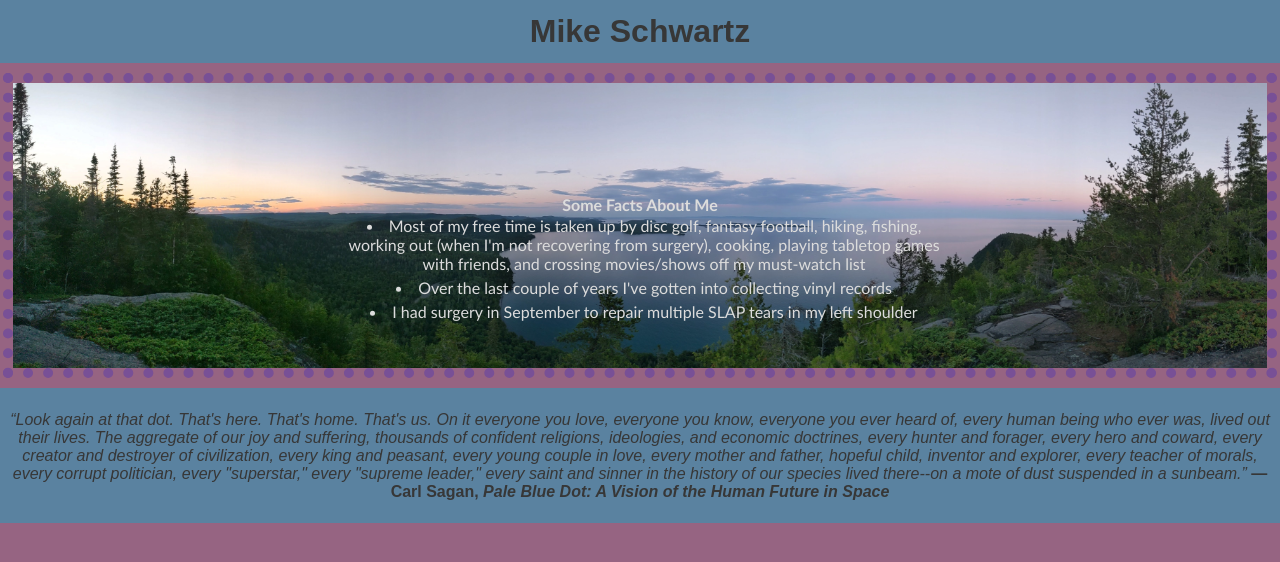
Repository: Ellusionism/prime-pw-week-1-assignment
Page: assignment/index.html
The author's editor kept a copy of each file at every save. The page is drawn from the files as they stood at one save, then again after the next save.
The browser window is 1280 px wide. The pictures show the whole page.

Above is the page before, as saved 2022-10-26 18:13:14.

After the next save:
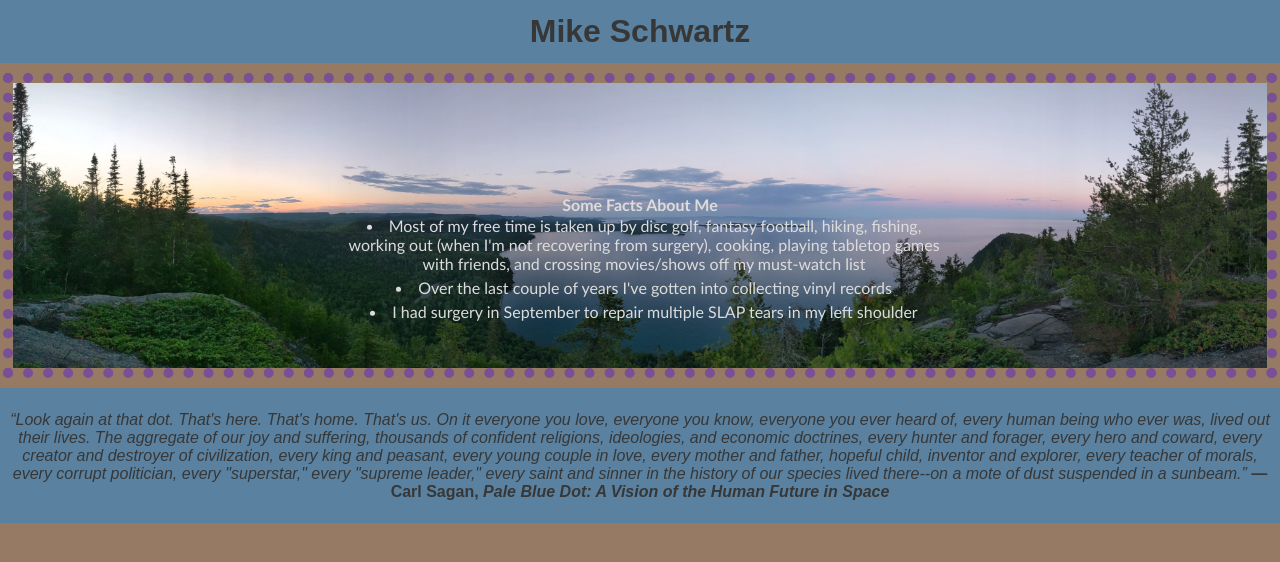
Saved 7 s later.
--- a/assignment/style.css
+++ b/assignment/style.css
@@ -1,6 +1,6 @@
 /* Give your page a fun background color */
 body {
- background-color: rgb(150, 100, 130);
+ background-color: rgb(150, 122, 100);
  margin: 0;
  font-family: Arial, Helvetica, sans-serif;
 }
